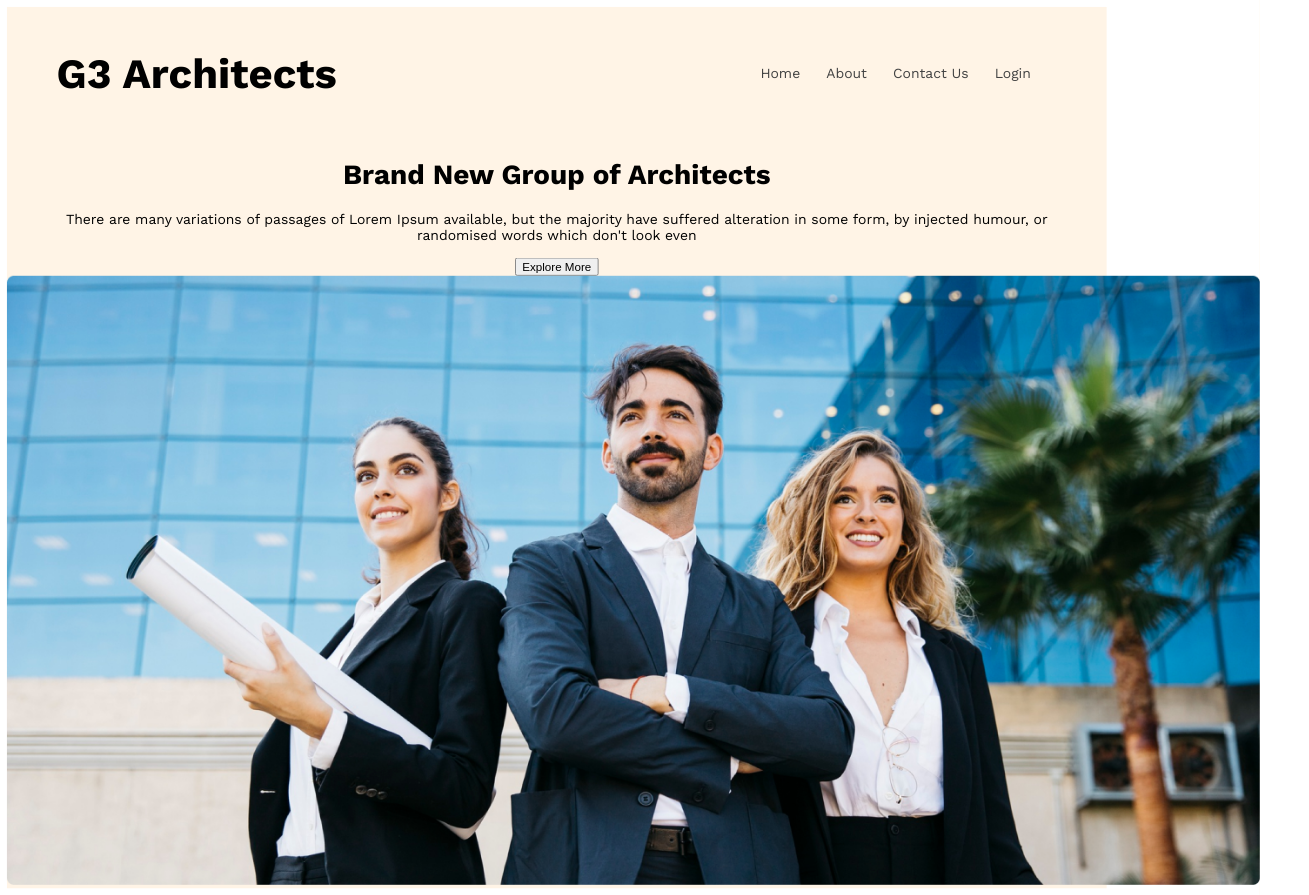
Repository: dollyrakhe22/g3-architects-website
Page: index.html
These files come from the project's save history. The page is drawn as it stood at one moment and after the next save; the edit follows.
The browser window is 1280 px wide. The page is 1448 px wide, then 1505 px, so the pictures cover 1505 px, including what lies to the right of the window. The pictures show the whole page, at 87% of full size.

Above is the page before, as saved 2025-07-20 09:28:30.

### index.html
<!DOCTYPE html>
<html lang="en">
<head>
    <meta charset="UTF-8">
    <meta name="viewport" content="width=device-width, initial-scale=1.0">
    <title>Architects Website</title>
    <link rel="stylesheet" href="style.css">
</head>
<body class="work-sans-font">
    <header class="bg-light">
           <nav class="navbar  display-flex">
             <h3 class="brand">G3 Architects</h3>
             <ul class="nav-links display-flex">
              <li class="nav-item"><a href="" class="nav-link text-gray ">Home</a></li>
              <li class="nav-item"><a href="" class="nav-link text-gray ">About</a></li>
              <li class="nav-item"><a href="" class="nav-link text-gray ">Contact Us</a></li>
              <li class="nav-item"><a href="" class="nav-link text-gray ">Login</a></li>
             </ul>
           </nav>
           <div class="banner">
          <div class="banner-content">
              <h1 class="banner-title">Brand New Group of Architects </h1>
              <p class="banner-description">There are many variations of passages of Lorem Ipsum available, but the majority have suffered alteration in some form, by injected humour,
              or randomised words which don't look even</p>
            <button>Explore More</button>
          </div>
            <img src="images/banner.png" alt="" srcset="">
           </div>
    </header>
    <main>

    </main>
    <footer>

    </footer>
</body>
</html>

### style.css
@import url('https://fonts.googleapis.com/css2?family=Work+Sans:ital,wght@0,100..900;1,100..900&display=swap');

.work-sans-font {
  font-family: "Work Sans", sans-serif;
  font-optical-sizing: auto;
  font-weight: 400px;
  font-style: normal;
}
/*shared styles*/
.display-flex{
  display: flex;
}
/*dark 02*/
.text-gray{
  color: #424242;
}
/*dark 03*/
.text-light-gray{
  color:#727272;
}
.navbar{
  justify-content: space-between;
  align-items: center;
}
.bg-light{
  background-color: rgba(255, 144, 14, 0.1);
}
.brand{
  font-weight: 700;
  font-size: 3rem;
}
/*header styles*/


/*navbar related styles*/
.navbar{
  display: flex;
}
.nav-item{
  list-style: none;
  margin-right: 30px;
}
.nav-link{
  text-decoration: none;
  font-size: 500;
}
.navbar {
  max-width: 1150px;
  margin: 0 auto;
}


/*banner related styles*/
.banner-content{
  max-width: 1150px;
  margin: 0 auto;
  text-align: center;
}

After the next save:
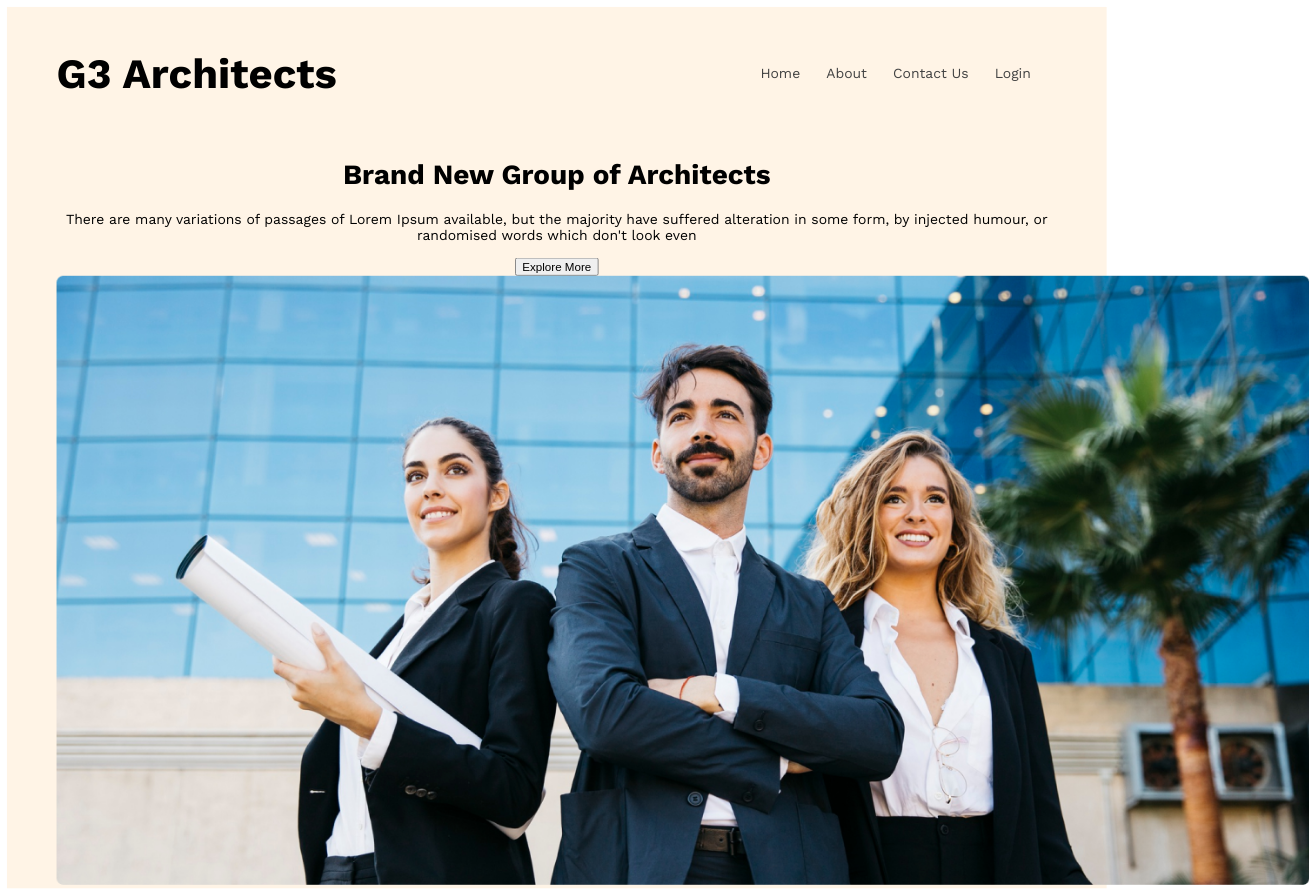
Saved 11 min 6 s later.
--- a/style.css
+++ b/style.css
@@ -44,7 +44,7 @@
   text-decoration: none;
   font-size: 500;
 }
-.navbar {
+.navbar,.banner {
   max-width: 1150px;
   margin: 0 auto;
 }
